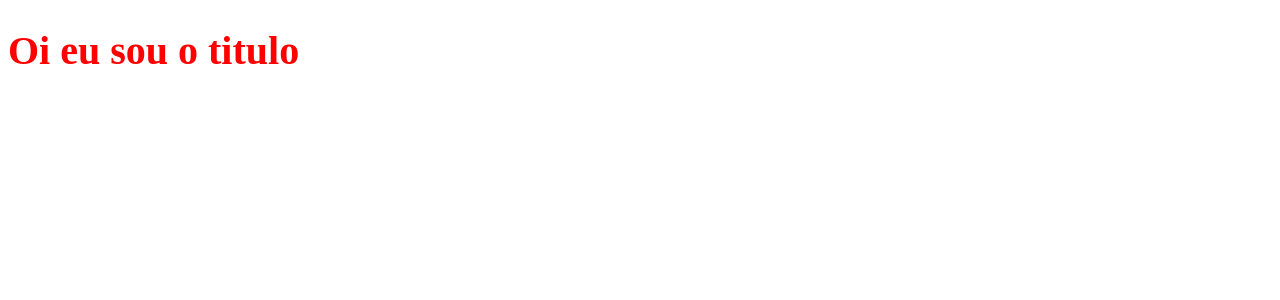
Repository: elourenco001/cursoweb
Page: css/linkcss.html
An editor plug-in stored every save of this project. The page is shown before and after the next save, followed by the edit.
The browser window is 1280 px wide. The pictures show the whole page.

Above is the page before, as saved 2023-01-26 16:34:16.

After the next save:
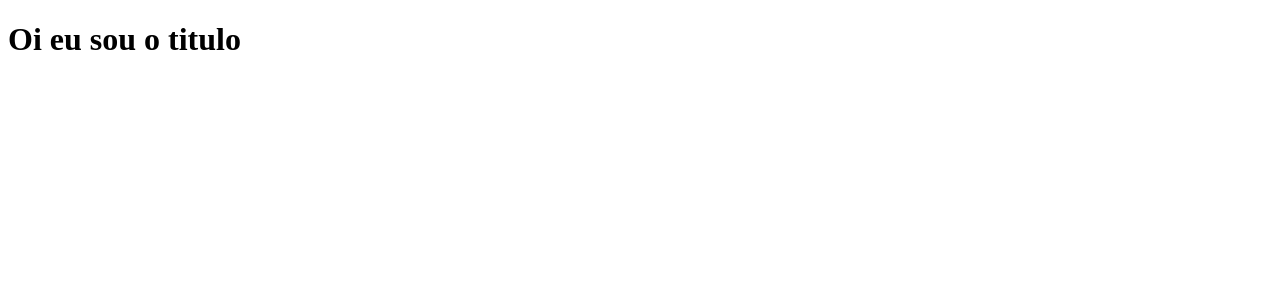
Saved 2 min 45 s later.
--- a/css/styles.css
+++ b/css/styles.css
@@ -1,9 +1,6 @@
-html{
-    font-size: 20px;
+.pai {
+    width: 500px;
+    height: 500px;
+    background-color: red;
+
 }
-
-h1{
-    font-size: 2rem;
-    color: red;
-
-    }
